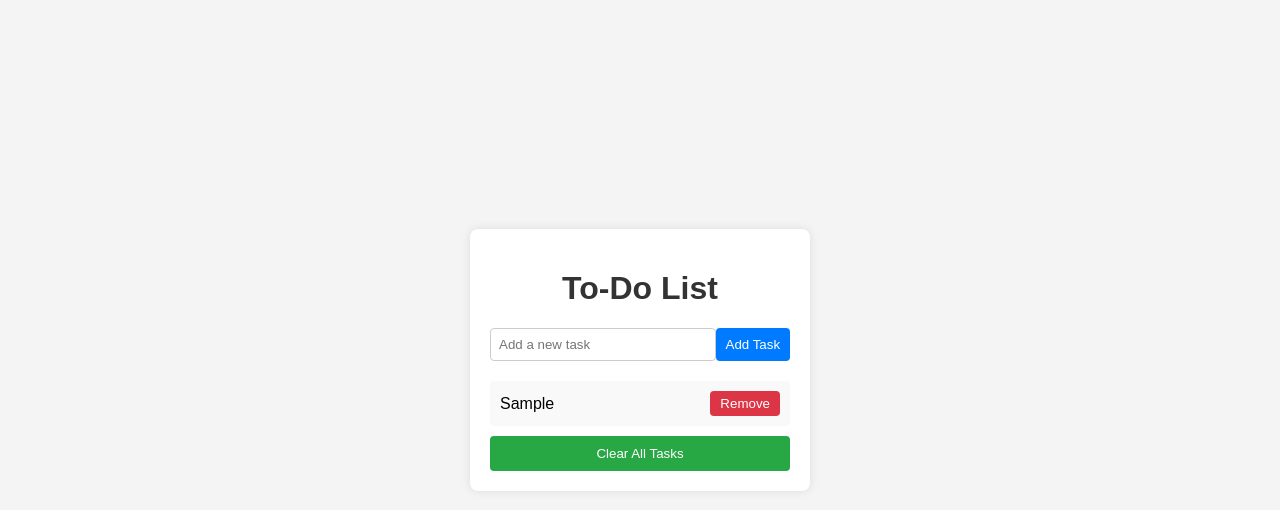
Repository: Fariadd/Vanilla-JS
Page: dummyapi/index.html
These files come from the project's save history. The page is drawn as it stood at one moment and after the next save; the edit follows.
The browser window is 1280 px wide. The pictures show the whole page.
Empty fields were first filled with sample values (such as "Sample", 5 or name@example.com).
After loading, the first visible `#todo-form` was submitted once.

Above is the page before, as saved 2024-10-05 11:53:53.

### dummyapi/index.html
<!DOCTYPE html>
<html lang="en">
  <head>
    <meta charset="UTF-8" />
    <meta name="viewport" content="width=device-width, initial-scale=1.0" />
    <meta http-equiv="X-UA-Compatible" content="ie=edge" />
    <title>Todo App</title>
    <link rel="stylesheet" href="style.css" />
  </head>
  <body>
    <div class="container">
      <h1>To-Do List</h1>

      <!-- Input form -->
      <form id="todo-form">
        <input
          type="text"
          id="todo-input"
          class="todo-input"
          placeholder="Add a new task"
        />
        <button type="submit" class="add-btn">Add Task</button>
      </form>

      <!-- Task List -->
      <ul id="todo-list" class="todo-list"></ul>

      <!-- Clear All Button -->
      <button id="clear-btn" class="clear-btn">Clear All Tasks</button>
    </div>

    <script src="script.js"></script>
  </body>
</html>

### dummyapi/style.css
/* Basic Styling for the To-Do Application */
body {
    font-family: Arial, sans-serif;
    background-color: #f4f4f4;
    display: flex;
    justify-content: center;
    align-items: center;
    height: 100vh;
    margin: 0;
  }

  .container {
    background-color: #fff;
    padding: 20px;
    border-radius: 8px;
    box-shadow: 0 0 10px rgba(0, 0, 0, 0.1);
    width: 300px;
  }

  h1 {
    text-align: center;
    color: #333;
  }

  form {
    display: flex;
    justify-content: space-between;
    margin-bottom: 20px;
  }

  .todo-input {
    width: 70%;
    padding: 8px;
    border: 1px solid #ccc;
    border-radius: 4px;
  }

  .add-btn {
    width: 25%;
    padding: 8px;
    background-color: #007bff;
    border: none;
    color: white;
    border-radius: 4px;
    cursor: pointer;
  }

  .add-btn:hover {
    background-color: #0056b3;
  }

  .todo-list {
    list-style-type: none;
    padding: 0;
    margin: 0;
  }

  .todo-list li {
    background-color: #f9f9f9;
    padding: 10px;
    margin-bottom: 10px;
    border-radius: 4px;
    display: flex;
    justify-content: space-between;
    align-items: center;
  }

  .todo-list li button {
    background-color: #dc3545;
    color: white;
    border: none;
    padding: 5px 10px;
    border-radius: 4px;
    cursor: pointer;
  }

  .todo-list li button:hover {
    background-color: #c82333;
  }

  .clear-btn {
    width: 100%;
    padding: 10px;
    background-color: #28a745;
    border: none;
    color: white;
    border-radius: 4px;
    cursor: pointer;
  }

  .clear-btn:hover {
    background-color: #218838;
  }

### dummyapi/script.js
// Get references to elements
const todoForm = document.getElementById("todo-form");
const todoInput = document.getElementById("todo-input");
const todoList = document.getElementById("todo-list");
const clearBtn = document.getElementById("clear-btn");

// Add event listener for the form submission
todoForm.addEventListener("submit", function (e) {
  e.preventDefault(); // Prevent form from refreshing the page

  const taskText = todoInput.value.trim(); // Get the value and remove whitespace

  // Ensure the input is not empty
  if (taskText !== "") {
    addTask(taskText);
    todoInput.value = ""; // Clear input field
  }
});

// Function to add a new task
function addTask(task) {
  const li = document.createElement("li");
  li.innerHTML = `${task} <button class="delete-btn">Remove</button>`;

  // Add task to the list
  todoList.appendChild(li);

  // Add event listener for removing the task
  li.querySelector(".delete-btn").addEventListener("click", function () {
    li.remove();
  });
}

// Clear all tasks
clearBtn.addEventListener("click", function () {
  todoList.innerHTML = ""; // Clear all list items
});

After the next save:
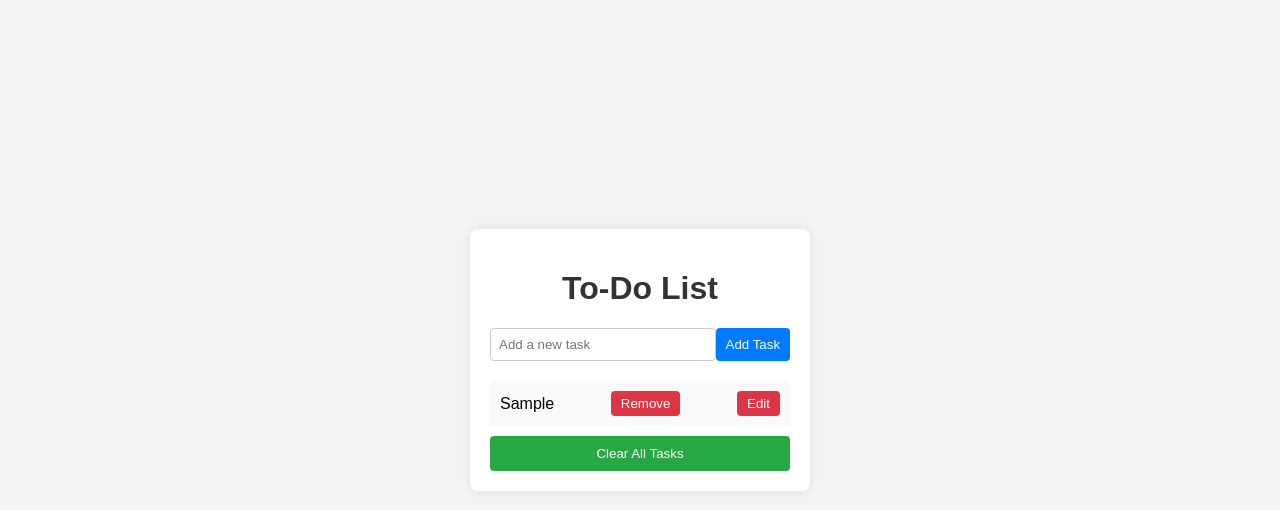
Saved 24 s later.
--- a/dummyapi/script.js
+++ b/dummyapi/script.js
@@ -3,6 +3,9 @@ const todoForm = document.getElementById("todo-form");
 const todoInput = document.getElementById("todo-input");
 const todoList = document.getElementById("todo-list");
 const clearBtn = document.getElementById("clear-btn");
+
+let editMode = false; // To track whether we're editing
+let currentTaskElement = null; // To store the task currently being edited
 
 // Add event listener for the form submission
 todoForm.addEventListener("submit", function (e) {
@@ -12,7 +15,13 @@ todoForm.addEventListener("submit", function (e) {
 
   // Ensure the input is not empty
   if (taskText !== "") {
-    addTask(taskText);
+    if (editMode) {
+      // If we are in edit mode, update the task
+      updateTask(taskText);
+    } else {
+      // If not in edit mode, add a new task
+      addTask(taskText);
+    }
     todoInput.value = ""; // Clear input field
   }
 });
@@ -20,7 +29,7 @@ todoForm.addEventListener("submit", function (e) {
 // Function to add a new task
 function addTask(task) {
   const li = document.createElement("li");
-  li.innerHTML = `${task} <button class="delete-btn">Remove</button>`;
+  li.innerHTML = `${task} <button class="delete-btn">Remove</button> <button class="edit-btn">Edit</button>`;
 
   // Add task to the list
   todoList.appendChild(li);
@@ -29,6 +38,40 @@ function addTask(task) {
   li.querySelector(".delete-btn").addEventListener("click", function () {
     li.remove();
   });
+
+  // Add event listener for editing the task
+  li.querySelector(".edit-btn").addEventListener("click", function () {
+    setTaskToEdit(li);
+  });
+}
+
+// Function to set a task to edit mode
+function setTaskToEdit(li) {
+  editMode = true; // We're now in edit mode
+  currentTaskElement = li; // Track the task being edited
+  todoInput.value = li.firstChild.textContent.trim(); // Set the input value to the task text
+
+  // Change the button text to indicate editing
+  document.querySelector(".add-btn").textContent = "Update Task";
+  document.querySelector(".add-btn").style.backgroundColor = "green";
+}
+
+// Function to update an existing task
+function updateTask(newText) {
+  if (currentTaskElement) {
+    currentTaskElement.firstChild.textContent = newText; // Update the task text in the list
+    resetEditMode(); // Reset the form to its original state
+  }
+}
+
+// Function to reset from edit mode
+function resetEditMode() {
+  editMode = false;
+  currentTaskElement = null;
+
+  // Reset the form button text and color
+  document.querySelector(".add-btn").textContent = "Add Task";
+  document.querySelector(".add-btn").style.backgroundColor = "#007bff";
 }
 
 // Clear all tasks
